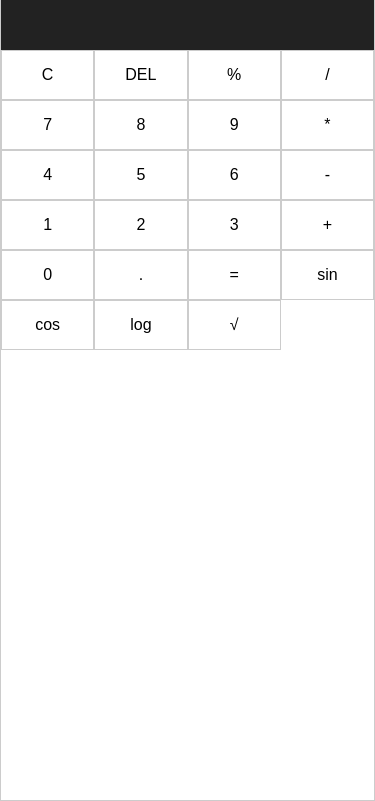
Repository: JuliusMonday/myCalculator
Page: index.html
An editor plug-in stored every save of this project. The page is shown before and after a run of saves, followed by the edit.
The browser window is 375 px wide. The pictures show the whole page.

Above is the page before, as saved 2024-05-31 08:12:04.

After the next 2 saves:
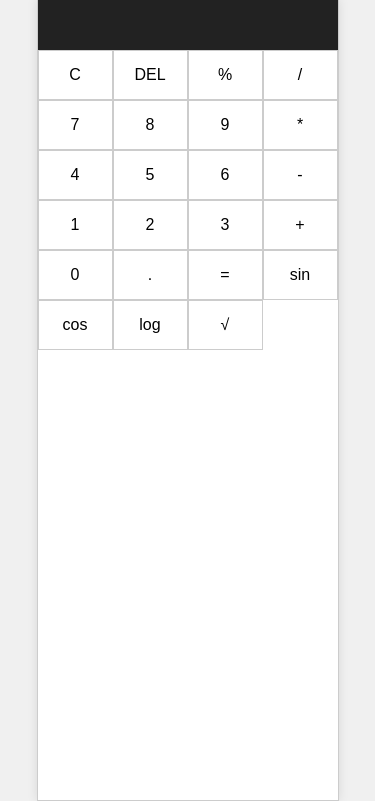
The 2 saves are shown as one change because they came seconds apart.
The last was saved 106 s later.
--- a/styles.css
+++ b/styles.css
@@ -61,7 +61,7 @@ button:active {
 /* Responsive Design */
 @media (max-width: 600px) {
     .calculator {
-        width: 100%;
+        width: 80;
         height: 100%;
         border-radius: 0;
     }
